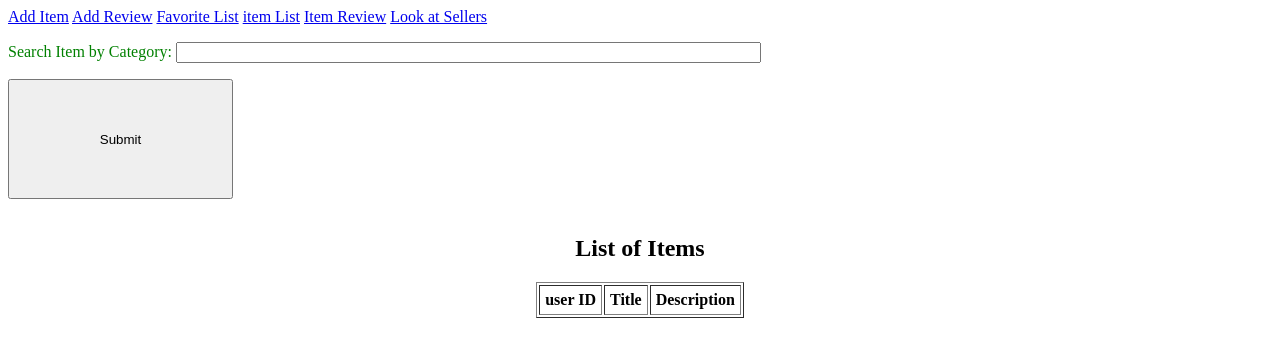
Repository: HamdanM/DatabaseProject
Page: http://localhost/DB3/search.jsp
An editor plug-in stored every save of this project. The page is shown before and after the next save, followed by the edit.
The browser window is 1280 px wide. The pictures show the whole page.
The page is served by Tomcat 9. Other server files are loaded and not shown. The template is opened directly, without the code that normally fills it, so the values that code supplies are empty.

Above is the page before, as saved 2019-07-25 00:07:05.

### DB3/WebContent/search.jsp
<%@ page language="java" contentType="text/html; charset=ISO-8859-1"
    pageEncoding="ISO-8859-1"%>
  <%@ taglib prefix="c" uri="http://java.sun.com/jsp/jstl/core" %>
<!DOCTYPE html PUBLIC "-//W3C//DTD HTML 4.01 Transitional//EN" "http://www.w3.org/TR/html4/loose.dtd">
<html>
<head>
<meta charset="UTF-8">
<title>Insert title here</title>
</head>
<body>
<a href="addItem.jsp">Add Item</a>
<a href="addReview.jsp">Add Review</a>
<a href="favlist">Favorite List</a>
<a href="list">item List</a>
<a href="itemReview">Item Review</a>
<a href="sellers">Look at Sellers</a>

 <form action="search" method="post">
        <input type="hidden" name="action"" >
        <p style="color:green"><label>Search Item by Category: <input
                    type="text" name="Category"
                    size="70" maxlength="70" />
            </label></p>
        <p style="color:orange"><input style="height:120px;width:225px" type=
        "submit" name="submit" value=
        "Submit" /></p>
 </form>

<div align="center">
        <table border="1" cellpadding="5">
            <caption><h2>List of Items</h2></caption>
            <tr>
                <th>user ID</th>
                <th>Title</th>
                <th>Description</th>

            </tr>
            <c:forEach var="it" items="${itemsList}">
                <tr>
                    <td><c:out value="${it.getItemid()}" /></td>
                    <td><c:out value="${it.getTitle()}" /></td>
                    <td><c:out value="${it.getDescription()}" /></td>

                </tr>
            </c:forEach>
        </table>
    </div>

</body>
</html>

After the next save:
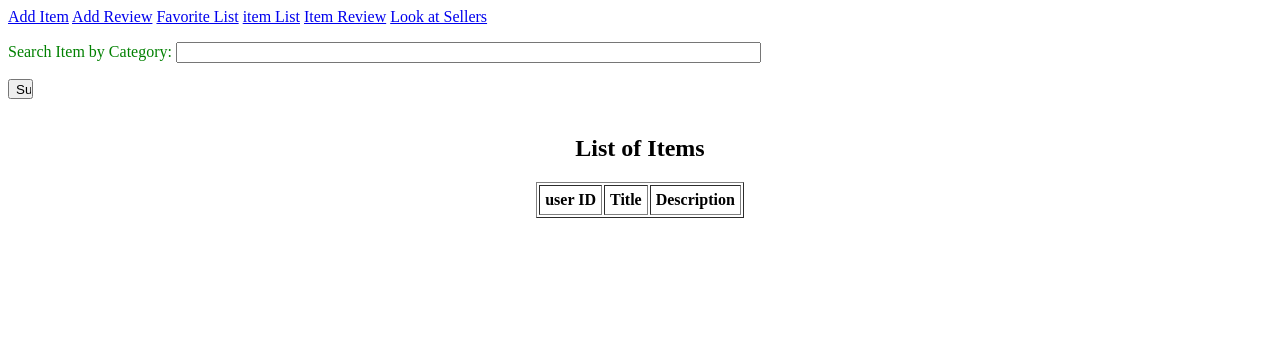
Saved 3 min 32 s later.
--- a/DB3/WebContent/search.jsp
+++ b/DB3/WebContent/search.jsp
@@ -21,7 +21,7 @@
                     type="text" name="Category"
                     size="70" maxlength="70" />
             </label></p>
-        <p style="color:orange"><input style="height:120px;width:225px" type=
+        <p style="color:orange"><input style="height:20px;width:25px" type=
         "submit" name="submit" value=
         "Submit" /></p>
  </form>

After the save that followed:
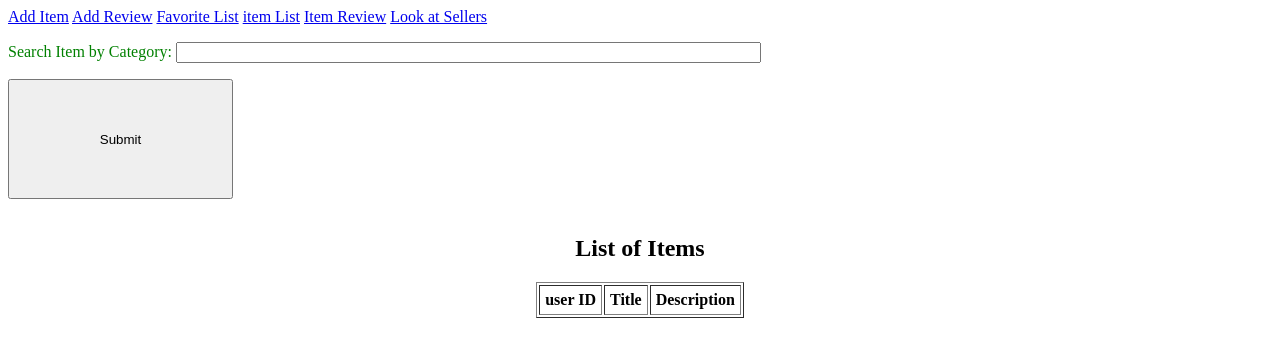
Saved 15 s later.
--- a/DB3/WebContent/search.jsp
+++ b/DB3/WebContent/search.jsp
@@ -21,7 +21,7 @@
                     type="text" name="Category"
                     size="70" maxlength="70" />
             </label></p>
-        <p style="color:orange"><input style="height:20px;width:25px" type=
+        <p style="color:orange"><input style="height:120px;width:225px" type=
         "submit" name="submit" value=
         "Submit" /></p>
  </form>
